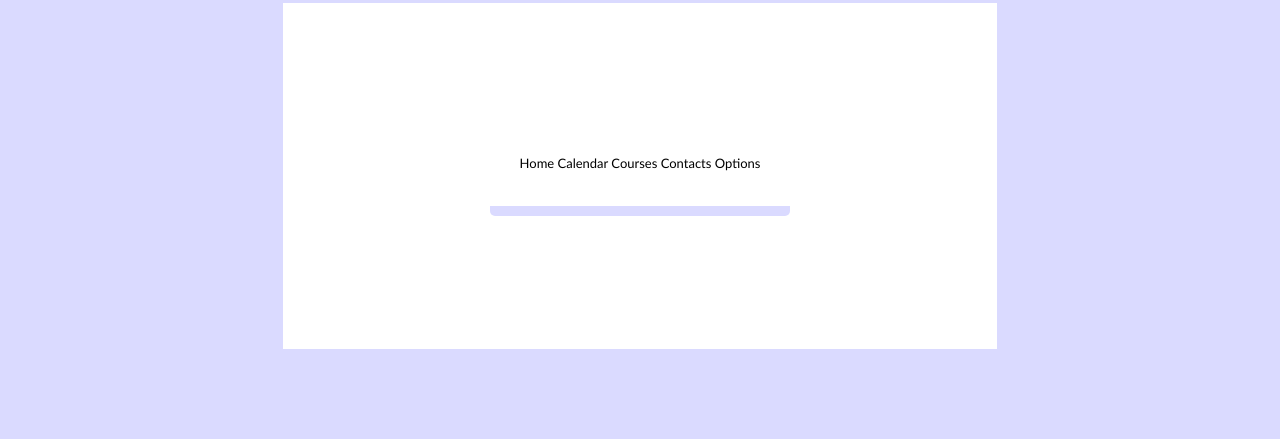
Repository: hreneeg/SPS
Page: http://localhost/userAccount.php
The author's editor kept a record of every edit. The page is drawn from the files as they stood at one moment, then again after the next edit.
The browser window is 1280 px wide. The pictures show the whole page.
The page is run by PHP 8.4 with error messages shown; the project is at /var/www/html/.

Above is the page before.

After the next edit:
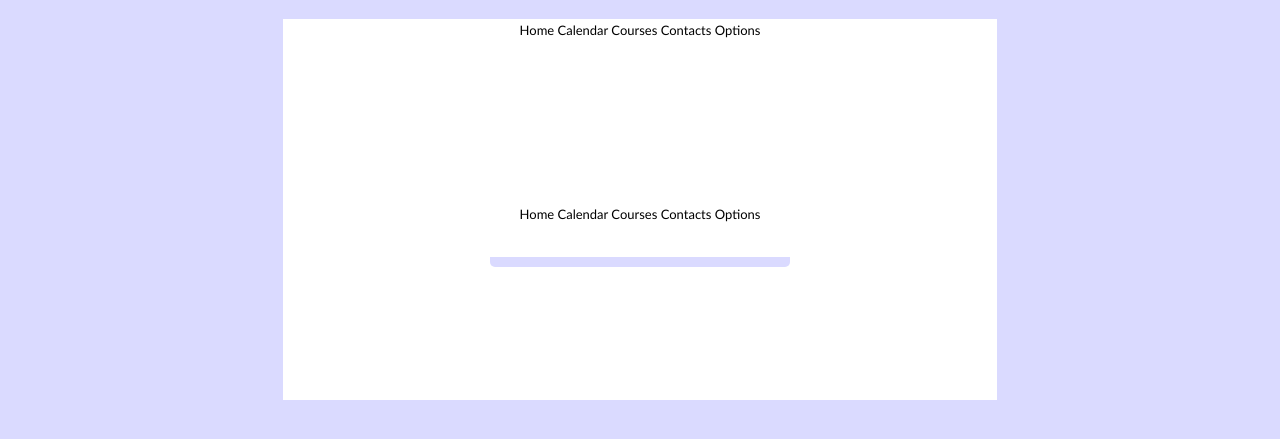
The edit:
--- a/userAccount.php
+++ b/userAccount.php
@@ -40,6 +40,7 @@
 </head>
 
 <body><div id=main>
+    <p><center><font size=2>Home   Calendar   Courses   Contacts   Options</font></center></p>
 <br>
 <br>
 <br>
